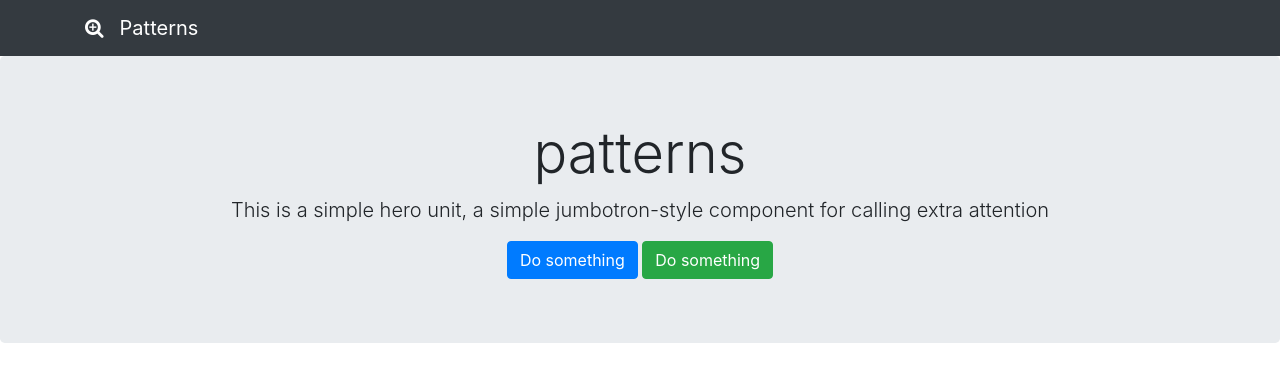
Repository: Mietlicha/patterns
Page: index.html
An editor plug-in stored every save of this project. The page is shown before and after the next save, followed by the edit.
The browser window is 1280 px wide. The pictures show the whole page.

Above is the page before, as saved 2019-10-24 11:21:23.

After the next save:
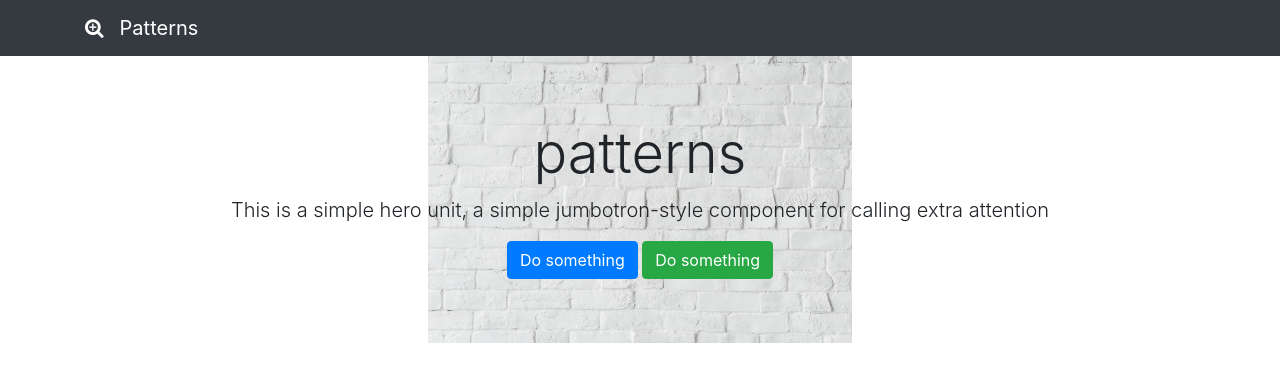
Saved 2 min 42 s later.
--- a/style.css
+++ b/style.css
@@ -1,3 +1,3 @@
 #header{
-    background: url(imgs/header.jpeg) no-repeat center contain;
+    background: url(imgs/header.jpeg) center/contain no-repeat;
 }
